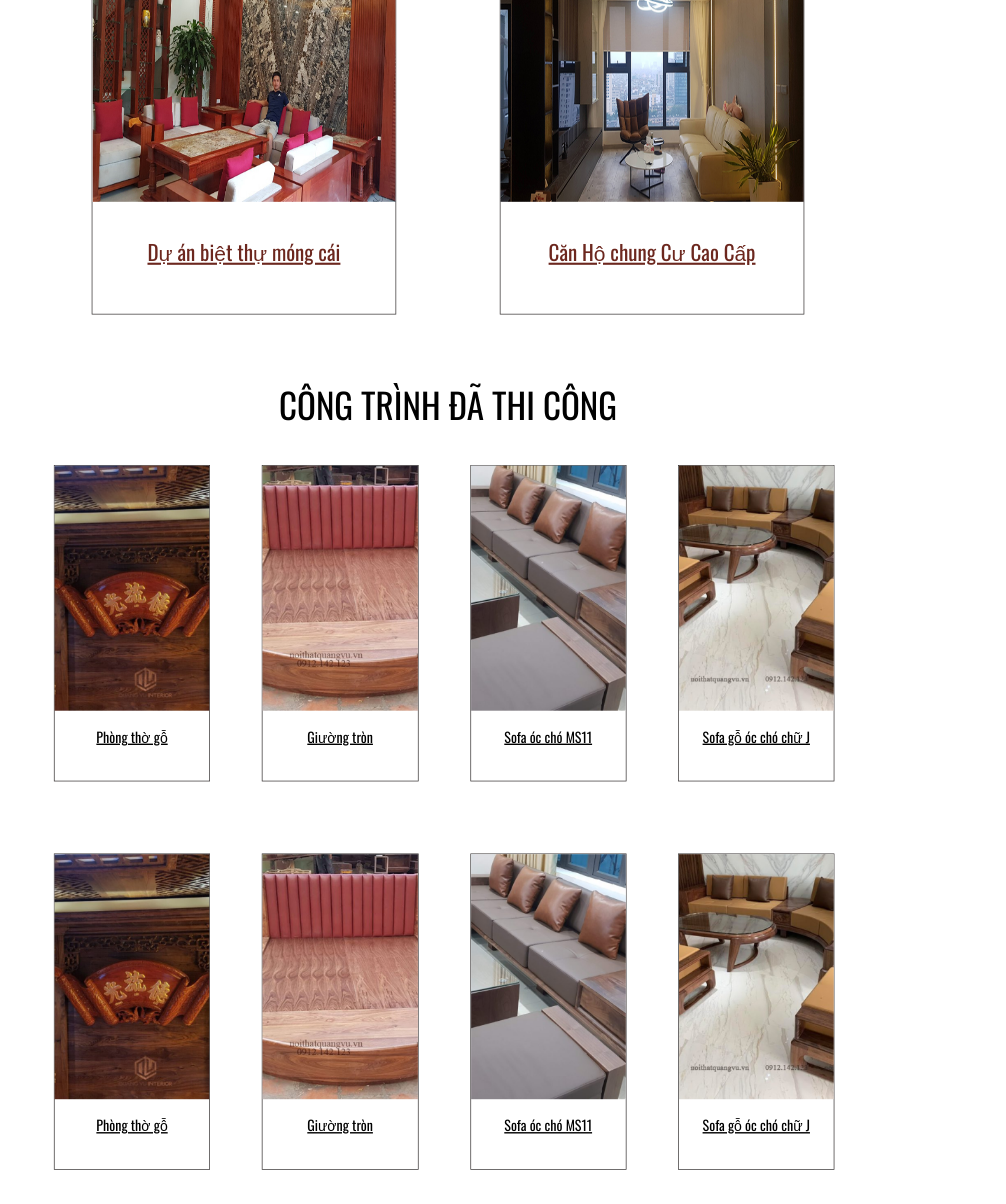
Repository: KHANHD192/FigmaTo-HTML
Page: APP-SHOP/index.html
An editor plug-in stored every save of this project. The page is shown before and after the next save, followed by the edit.
The browser window is 1280 px wide. The page is 1437 px wide, so the pictures cover 1437 px, including what lies to the right of the window. The pictures show the part of the page from y = 2656 to 4376 px (the page is 4376 px tall), at 70% of full size.

Above is the page before, as saved 2022-11-21 18:10:58.

After the next save:
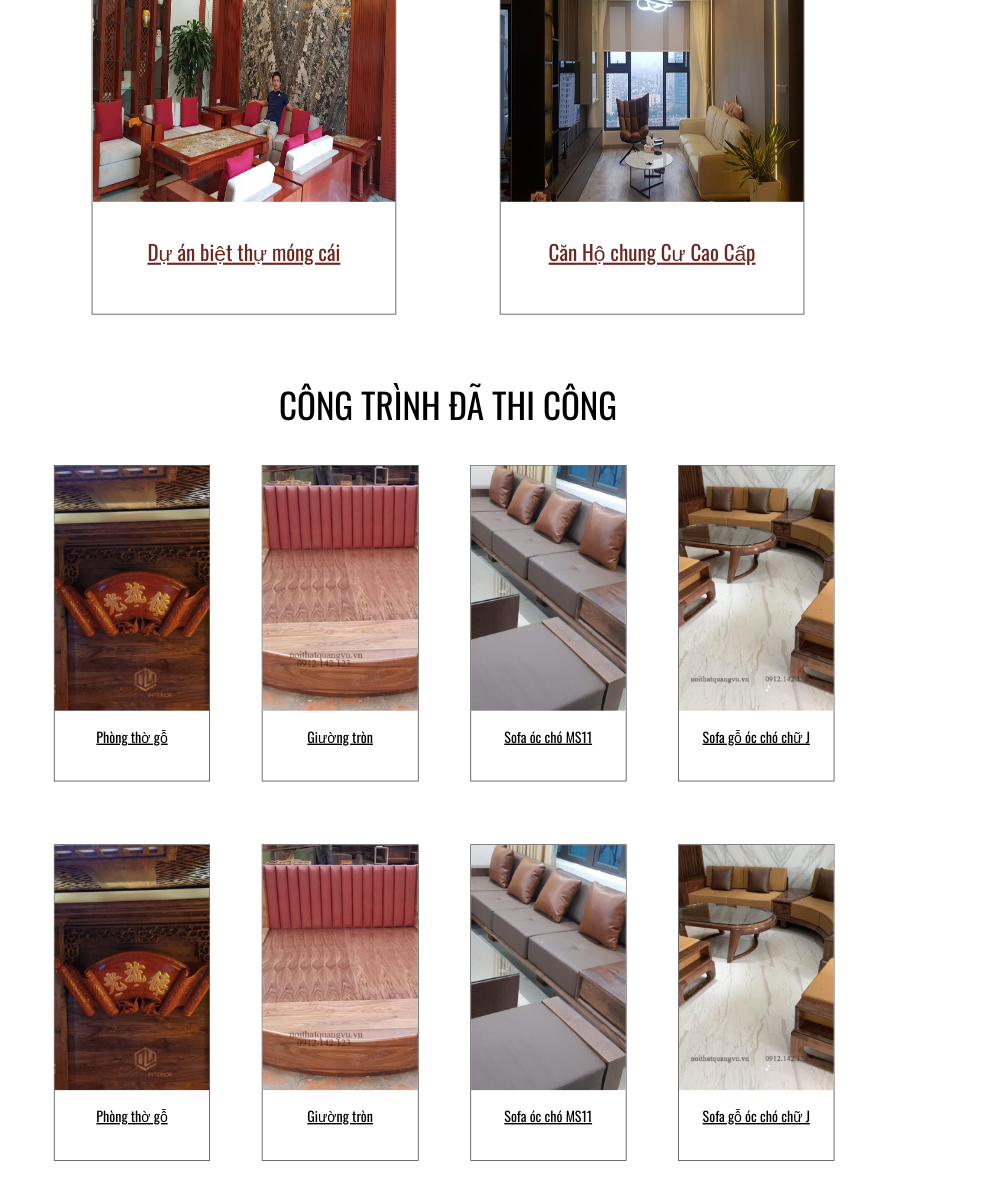
Saved 10 s later.
--- a/APP-SHOP/asset/Css_main/main.css
+++ b/APP-SHOP/asset/Css_main/main.css
@@ -112,5 +112,5 @@ li .wrap__image img{
     margin-bottom: 50px;
 }
 .detail2{
-    margin-top: 103px;
+    margin-top: 90px;
 }
